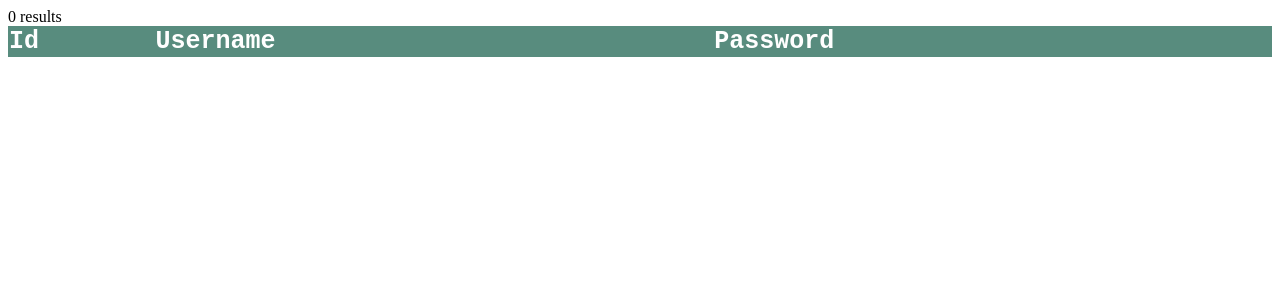
Repository: farhan-helmy/web_prog_project_dulu2
Page: http://localhost/view.php
The author's editor kept a copy of each file at every save. The page is drawn from the files as they stood at one save, then again after the next save.
The browser window is 1280 px wide. The pictures show the whole page.
The page is run by PHP 8.4 with error messages shown; the project is at /var/www/html/. Queries for data that is not in the repository find no rows.

Above is the page before, as saved 2020-05-12 07:17:54.

### view.php
<!DOCTYPE html>
<html>
<head>
<title>Table with database</title>
<style>
table {
border-collapse: collapse;
width: 100%;
color: #588c7e;
font-family: monospace;
font-size: 25px;
text-align: left;
}
th {
background-color: #588c7e;
color: white;
}
tr:nth-child(even) {background-color: #f2f2f2}
</style>
</head>
<body>
<table>
<tr>
<th>Id</th>
<th>Username</th>
<th>Password</th>
</tr>
<?php
$conn = mysqli_connect("localhost", "root", "", "webproject");
// Check connection
if ($conn->connect_error) {
die("Connection failed: " . $conn->connect_error);
}
$sql = "SELECT name, email, eventname, tickets FROM registration";
$result = $conn->query($sql);
if ($result->num_rows > 0) {
// output data of each row
while($row = $result->fetch_assoc()) {
echo "<tr><td>" . $row["name"]. "</td><td>" . $row["email"] . "</td><td>" . $row["eventname"] . "</td><td>"
. $row["tickets"]. "</td></tr>";
}
echo "</table>";
} else { echo "0 results"; }
$conn->close();
?>
</table>
</body>
</html>

After the next save:
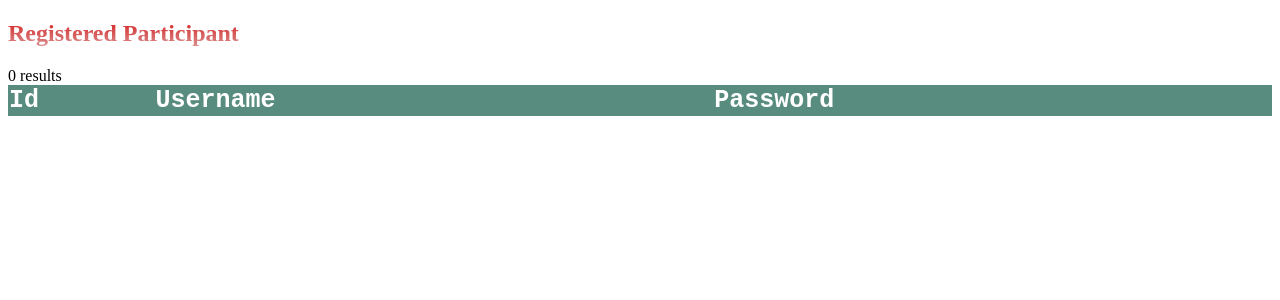
Saved 57 s later.
--- a/view.php
+++ b/view.php
@@ -16,9 +16,15 @@
 color: white;
 }
 tr:nth-child(even) {background-color: #f2f2f2}
+h2 {
+      background: -webkit-linear-gradient(rgb(212, 30, 30), rgb(218, 146, 146));
+      -webkit-background-clip: text;
+      -webkit-text-fill-color: transparent;
+    }
 </style>
 </head>
 <body>
+<h2>Registered Participant</h2>
 <table>
 <tr>
 <th>Id</th>
